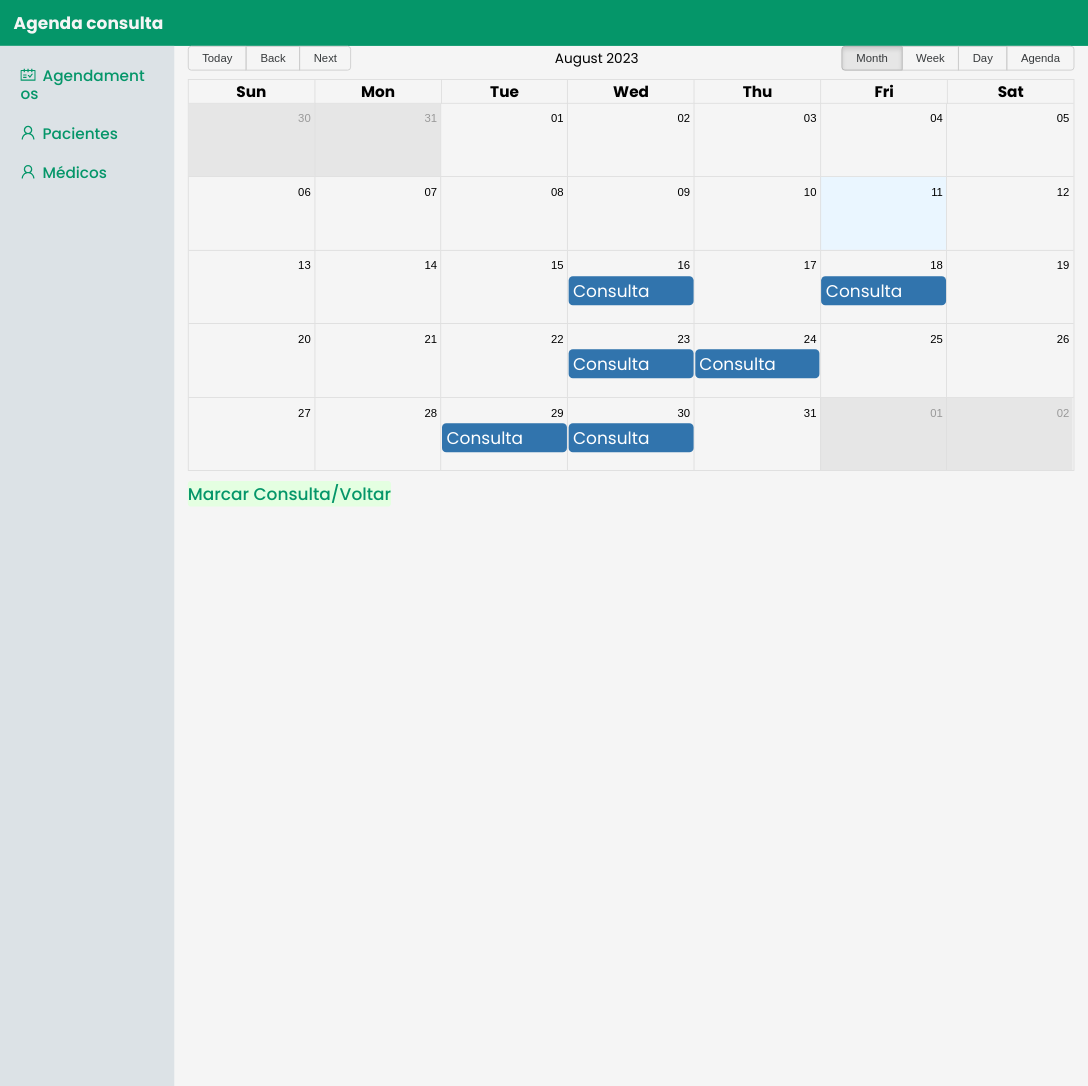
Repository: BarbaraCD/agendaconsulta
Page: /appointments/calendar
An editor plug-in stored every save of this project. The page is shown before and after the next save, followed by the edit.
The browser window is 1280 px wide. The pictures show the whole page, at 85% of full size.
The project was rebuilt for these pictures with package versions that can differ from the ones it lists, and the page was loaded fresh each time. Requests to the local data server were answered from the project's data file. Also part of the build but not shown: vite.config.ts, src/styles/StyleList.ts, src/components/Doctors.tsx, src/styles/InputContainer.ts, src/components/InputDoctors.tsx, src/components/SubmitButton.tsx, src/styles/CreateContainer.ts, src/components/CreateDoctor.tsx and 4 more.

Above is the page before, as saved 2023-08-11 16:55:32.

After the next save:
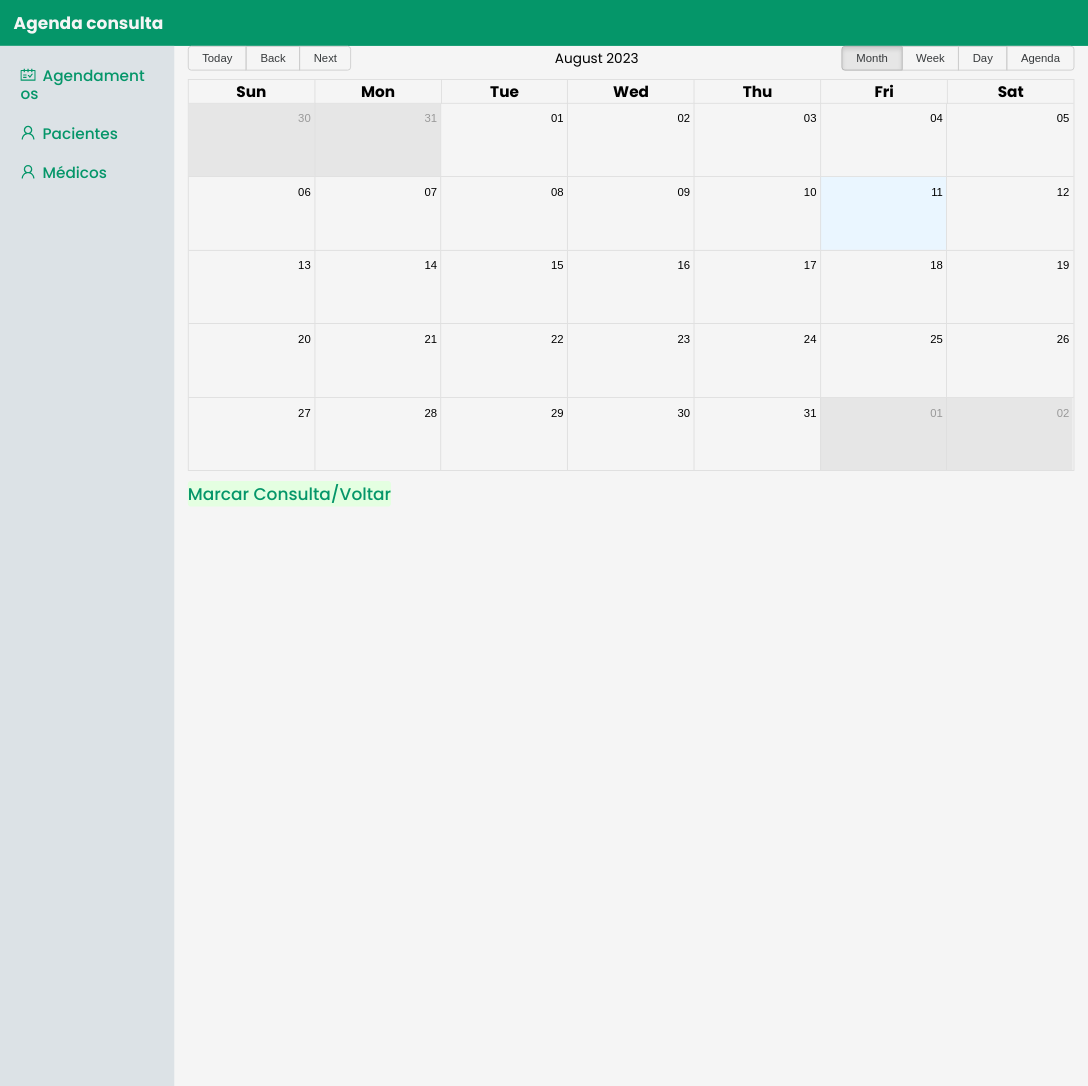
Saved 4 min 55 s later.
--- a/db/db.json
+++ b/db/db.json
@@ -1,40 +1,5 @@
 {
   "patient": [
-    {
-      "name": "THAYNARA DA SILVA CARDOSO",
-      "age": 23,
-      "telephone": 64999879665,
-      "email": "thaynara@gmail.com",
-      "id": 1
-    },
-    {
-      "name": "SIOBHAN ROY",
-      "age": 35,
-      "telephone": 64984563214,
-      "email": "shivroy@gmail.com",
-      "id": 2
-    },
-    {
-      "name": "BARBARA CASTRO DINIZ",
-      "age": 26,
-      "telephone": 64999868599,
-      "email": "barbaracastrod7@gmail.com",
-      "id": 3
-    },
-    {
-      "name": "DAMON SALVATORE",
-      "age": 99,
-      "telephone": 64987569863,
-      "email": "damon@gmail.com",
-      "id": 4
-    },
-    {
-      "name": "SELENA GOMES",
-      "age": 30,
-      "telephone": 64932154785,
-      "email": "selena@gmail.com",
-      "id": 5
-    },
     {
       "name": "Olivia Rodrigo",
       "age": 20,
@@ -52,78 +17,11 @@
   ],
   "doctor": [
     {
-      "name": "BARBARA CASTRO DINIZ",
-      "crm": 59852,
-      "specialization": "gastroenterologista",
-      "id": 1
-    },
-    {
-      "name": "LUIZ CARVALHO FERREIRA",
-      "crm": 89652,
-      "specialization": "PSIQUIATRA",
+      "name": "Doctor House",
+      "crm": 57451,
+      "specialization": "Infectologista",
       "id": 2
-    },
-    {
-      "name": "KENDALL ROY",
-      "crm": 89465,
-      "specialization": "DERMATOLOGISTA",
-      "id": 3
-    },
-    {
-      "name": "Harry Styles",
-      "crm": 89456,
-      "specialization": "Pediatra",
-      "id": 4
-    },
-    {
-      "name": "Sabrina Carpenter",
-      "crm": 45687,
-      "specialization": "Neurologista",
-      "id": 5
     }
   ],
-  "appointment": [
-    {
-      "doctorID": 2,
-      "patientID": 1,
-      "date": "2023-08-23T19:00:00.000Z",
-      "symptoms": "dor no estomago",
-      "id": 1
-    },
-    {
-      "doctorID": 2,
-      "patientID": 2,
-      "date": "2023-08-24T21:00:00.000Z",
-      "symptoms": "sdrftgh dghnd dghnxd",
-      "id": 2
-    },
-    {
-      "doctorID": 4,
-      "patientID": 5,
-      "date": "2023-08-18T11:00:00.000Z",
-      "symptoms": "edvhnskdj adibfvja dfignvsfhgb",
-      "id": 3
-    },
-    {
-      "doctorID": 3,
-      "patientID": 2,
-      "date": "2023-08-16T15:00:00.000Z",
-      "symptoms": "kjsfjsb dkjfgbd bfdjgbfj bfjbg",
-      "id": 4
-    },
-    {
-      "doctorID": 5,
-      "patientID": 6,
-      "date": "2023-08-30T13:00:00.000Z",
-      "symptoms": "dor de cabeça",
-      "id": 5
-    },
-    {
-      "doctorID": 3,
-      "patientID": 3,
-      "date": "2023-08-29T18:00:00.000Z",
-      "symptoms": "dfjkbndf dfkjgh dkcvjdm dfjgbdjfbh",
-      "id": 6
-    }
-  ]
+  "appointment": []
 }
